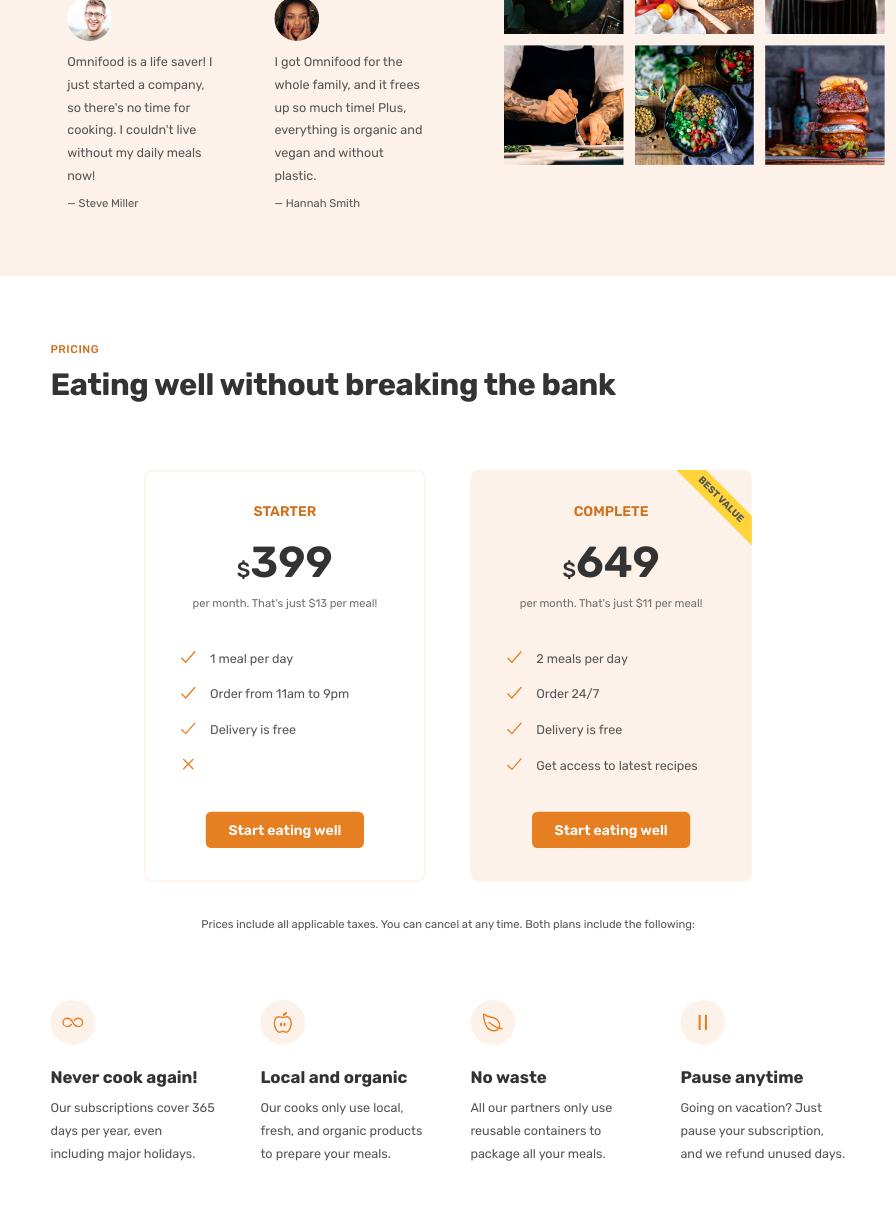
Repository: TranPhucThinh/Omnifood
Page: index.html
These files come from the project's save history. The page is drawn as it stood at one moment and after the next save; the edit follows.
The browser window is 1280 px wide. The pictures show the part of the page from y = 4251 to 6171 px (the page is 6011 px tall before and 6171 px after), at 70% of full size.

Above is the page before, as saved 2022-08-06 23:47:52.

### index.html
<!DOCTYPE html>
<html lang="en">

<head>
    <meta charset="UTF-8">
    <meta http-equiv="X-UA-Compatible" content="IE=edge">
    <meta name="viewport" content="width=device-width, initial-scale=1.0">

    <link rel="preconnect" href="https://fonts.googleapis.com">
    <link rel="preconnect" href="https://fonts.gstatic.com" crossorigin>
    <link href="https://fonts.googleapis.com/css2?family=Rubik:wght@300;400;500;600;700;800;900&display=swap"
        rel="stylesheet">

    <link rel="stylesheet" href="./assets/styles/general.css">
    <link rel="stylesheet" href="./assets/styles/style.css">

    <title>Omnifood</title>
</head>

<body>
    <!-- SECTION HEADER -->
    <div class="header">
        <a href="#">
            <img src="./assets/imgs/omnifood-logo.png" alt="Omnifood logo" class="header-logo">
        </a>
        <nav class="main-nav">
            <ul class="main-nav-list">
                <li>
                    <a href="#" class="main-nav-link">How it works</a>
                </li>
                <li>
                    <a href="#" class="main-nav-link">Meals</a>
                </li>
                <li>
                    <a href="#" class="main-nav-link">Testimonials</a>
                </li>
                <li>
                    <a href="#" class="main-nav-link">Pricing</a>
                </li>
                <li>
                    <a href="#" class="main-nav-link nav-btn">Try for free</a>
                </li>
            </ul>
        </nav>
    </div>
    <!-- End of SECTION HEADER -->

    <!-- SECTION HERO -->
    <section class="section-hero">
        <div class="hero">
            <div class="hero-text-box">
                <h1 class="heading-primary">A healthy meal delivered to your door, every single day</h1>
                <p class="hero-desc margin-bottom-md">The smart 365-days-per-year food subscription that will make you
                    eat healthy again.
                    Tailored to your personal tastes and nutritional needs.</p>
                <a href="#" class="btn btn--full margin-right-sm">Start eating well</a>
                <a href="#" class="btn btn--outline">Learn more ⬇</a>
                <div class="delivered-meals">
                    <div class="delivered-imgs">
                        <img src="./assets/imgs/customers/customer-1.jpg" alt="customer 1">
                        <img src="./assets/imgs/customers/customer-2.jpg" alt="customer 2">
                        <img src="./assets/imgs/customers/customer-3.jpg" alt="customer 3">
                        <img src="./assets/imgs/customers/customer-4.jpg" alt="customer 4">
                        <img src="./assets/imgs/customers/customer-5.jpg" alt="customer 5">
                        <img src="./assets/imgs/customers/customer-6.jpg" alt="customer 6">
                    </div>
                    <p class="delivered-text">
                        <span>250,000+</span> meals delivered last year!
                    </p>
                </div>
            </div>
            <div class="hero-img-box">
                <img src="./assets/imgs/hero.png"
                    alt="woman enjoy food, meals in storage container, and food bowls on a table" class="hero-img">
            </div>
        </div>
    </section>
    <!-- End of SECTION HERO -->

    <!-- SECTION FEATURED -->
    <section class="section-featured">
        <div class="container">
            <h2 class="heading-feature-in">As featured in</h2>
            <div class="logos">
                <img src="./assets/imgs/logos/techcrunch.png" alt="Techcrunch logo">
                <img src="./assets/imgs/logos/business-insider.png" alt="business insider logo">
                <img src="./assets/imgs/logos/the-new-york-times.png" alt="The new york time logo">
                <img src="./assets/imgs/logos/forbes.png" alt="Forbes logo">
                <img src="./assets/imgs/logos/usa-today.png" alt="Usa today logo">
            </div>
        </div>
    </section>
    <!-- End of SECTION FEATURED -->

    <!-- SECTION HOW IT WORKS -->
    <section class="section-how">
        <div class="container">
            <p class="subheading">HOW IT WORKS</p>
            <h2 class="heading-secondary">Your daily dose of health in 3 simple steps</h2>
        </div>
        <div class="container grid grid--2-cols grid--center-vertical">
            <!-- STEP 1 -->
            <div class="step-text-box">
                <div class="step-number">01</div>
                <h3 class="heading-tertiary">Tell us what you like (and what not)</h3>
                <p class="step-desc">Never again waste time thinking about what to eat! Omnifood AI will create a 100%
                    personalized weekly meal plan just for you. It makes sure you get all the nutrients and vitamins you
                    need, no matter what diet you follow!</p>
            </div>
            <div class="step-img-box">
                <img src="./assets/imgs/app/app-screen-1.png" alt="iPhone app preferences selection screen"
                    class="step-img">
            </div>

            <!-- STEP 2 -->
            <div class="step-img-box">
                <img src="./assets/imgs/app/app-screen-2.png" alt="iPhone app
                meal approving plan screen" class="step-img">
            </div>
            <div class="step-text-box">
                <div class="step-number">02</div>
                <h3 class="heading-tertiary">Approve your weekly meal plan</h3>
                <p class="step-desc">Once per week, approve the meal plan generated for you by Omnifood AI. You can
                    change ingredients, swap entire meals, or even add your own recipes.</p>
            </div>

            <!-- STEP 3 -->
            <div class="step-text-box">
                <div class="step-number">03</div>
                <h3 class="heading-tertiary">Receive meals at convenient time</h3>
                <p class="step-desc">Best chefs in town will cook your selected meal every day, and we will deliver it
                    to your door whenever works best for you. You can change delivery schedule and address daily!</p>
            </div>
            <div class="step-img-box">
                <img src="./assets/imgs/app/app-screen-3.png" alt="iPhone app
                delivery screen" class="step-img">
            </div>
        </div>
    </section>
    <!-- End of SECTION HOW IT WORKS -->

    <!-- SECTION MEALS -->
    <section class="section-meals">
        <div class="container center-text">
            <p class="subheading">Meals</p>
            <h2 class="heading-secondary">Omnifood AI chooses from 5,000+ recipes</h2>
        </div>
        <div class="container grid grid--3-cols margin-bottom-md">
            <div class="meal">
                <img src="./assets/imgs/meals/meal-1.jpg" alt="Japanese Gyozas" class="meal-img">
                <div class="meal-content">
                    <div class="meal-tag">
                        <p class="tag tag--vegetarian">vegetarian</p>
                    </div>
                    <p class="meal-title">Japanese Gyozas</p>
                    <ul class="meal-attributes">
                        <li class="meal-attribute">
                            <ion-icon class="meal-icon" name="flame-outline"></ion-icon>
                            <span><strong>650</strong> calories</span>
                        </li>
                        <li class="meal-attribute">
                            <ion-icon class="meal-icon" name="restaurant-outline"></ion-icon>
                            <span>NutriScore ® <strong>74</strong></span>
                        </li>
                        <li class="meal-attribute">
                            <ion-icon class="meal-icon" name="star-outline"></ion-icon>
                            <span><strong>4.9</strong> rating (537)</span>
                        </li>
                    </ul>
                </div>
            </div>
            <div class="meal">
                <img src="./assets/imgs/meals/meal-2.jpg" alt="Avocado Salad" class="meal-img">
                <div class="meal-content">
                    <div class="meal-tag">
                        <p class="tag tag--vegan">vegan</p>
                        <p class="tag tag---paleo">paleo</p>
                    </div>
                    <p class="meal-title">Avocado Salad</p>
                    <ul class="meal-attributes">
                        <li class="meal-attribute">
                            <ion-icon class="meal-icon" name="flame-outline"></ion-icon>
                            <span><strong>400</strong> calories</span>
                        </li>
                        <li class="meal-attribute">
                            <ion-icon class="meal-icon" name="restaurant-outline"></ion-icon>
                            <span>NutriScore ® <strong>92</strong></span>
                        </li>
                        <li class="meal-attribute">
                            <ion-icon class="meal-icon" name="star-outline"></ion-icon>
                            <span><strong>4.8</strong> rating (441)</span>
                        </li>
                    </ul>
                </div>
            </div>
            <div class="diet">
                <h3 class="heading-tertiary">Works with any diet:</h3>
                <ul class="list">
                    <li class="list-item">
                        <ion-icon class="list-icon" name="checkmark-outline"></ion-icon>
                        <span>Vegetarian</span>
                    </li>
                    <li class="list-item">
                        <ion-icon class="list-icon" name="checkmark-outline"></ion-icon>
                        <span>Vegan</span>
                    </li>
                    <li class="list-item">
                        <ion-icon class="list-icon" name="checkmark-outline"></ion-icon>
                        <span>Pescatarian</span>
                    </li>
                    <li class="list-item">
                        <ion-icon class="list-icon" name="checkmark-outline"></ion-icon>
                        <span>Gluten-free</span>
                    </li>
                    <li class="list-item">
                        <ion-icon class="list-icon" name="checkmark-outline"></ion-icon>
                        <span>Lactose-free</span>
                    </li>
                    <li class="list-item">
                        <ion-icon class="list-icon" name="checkmark-outline"></ion-icon>
                        <span>Keto</span>
                    </li>
                    <li class="list-item">
                        <ion-icon class="list-icon" name="checkmark-outline"></ion-icon>
                        <span>Paleo</span>
                    </li>
                    <li class="list-item">
                        <ion-icon class="list-icon" name="checkmark-outline"></ion-icon>
                        <span>Low FODMAP</span>
                    </li>
                    <li class="list-item">
                        <ion-icon class="list-icon" name="checkmark-outline"></ion-icon>
                        <span>Kid-friendly</span>
                    </li>
                </ul>
            </div>
        </div>
        <div class="container all-recipes center-text">
            <a href="#" class="link">See all recipes ➡</a>
        </div>
    </section>
    <!-- End of SECTION MEALS -->

    <!-- SECTION TESTIMONIALS -->
    <section class="section-testimonials">
        <div class="testimonials-container">
            <div class="subheading">testimonials</div>
            <h2 class="heading-secondary">Once you try it, you can't go back</h2>
            <div class="testimonials">
                <div class="testimonial">
                    <img src="./assets/imgs/customers/dave.jpg" alt="Photo of customer Dave Bryson"
                        class="testimonial-img">
                    <blockquote class="testimonial-text">Inexpensive, healthy and great-tasting meals, without even
                        having to order manually! It feels truly magical.</blockquote>
                    <p class="testimonial-name">— Dave Bryson</p>
                </div>
                <div class="testimonial">
                    <img src="./assets/imgs/customers/ben.jpg" alt="Photo of customer Ben Hadley"
                        class="testimonial-img">
                    <blockquote class="testimonial-text">The AI algorithm is crazy good, it chooses the right meals for
                        me every time. It's amazing not to worry about food anymore!</blockquote>
                    <p class="testimonial-name">— Ben Hadley</p>
                </div>
                <div class="testimonial">
                    <img src="./assets/imgs/customers/steve.jpg" alt="Photo of customer Steve Miller"
                        class="testimonial-img">
                    <blockquote class="testimonial-text">Omnifood is a life saver! I just started a company, so there's
                        no time for cooking. I couldn't live without my daily meals now!</blockquote>
                    <p class="testimonial-name">— Steve Miller</p>
                </div>
                <div class="testimonial">
                    <img src="./assets/imgs/customers/hannah.jpg" alt="Photo of customer Hannah Smith"
                        class="testimonial-img">
                    <blockquote class="testimonial-text">I got Omnifood for the whole family, and it frees up so much
                        time! Plus, everything is organic and vegan and without plastic.</blockquote>
                    <p class="testimonial-name">— Hannah Smith</p>
                </div>
            </div>
        </div>
        <div class="gallery">
            <div class="gallery-item">
                <img src="./assets/imgs/gallery/gallery-1.jpg" alt="Photo of beautifully arranged food">
            </div>
            <div class="gallery-item">
                <img src="./assets/imgs/gallery/gallery-2.jpg" alt="Photo of beautifully arranged food">
            </div>
            <div class="gallery-item">
                <img src="./assets/imgs/gallery/gallery-3.jpg" alt="Photo of beautifully arranged food">
            </div>
            <div class="gallery-item">
                <img src="./assets/imgs/gallery/gallery-4.jpg" alt="Photo of beautifully arranged food">
            </div>
            <div class="gallery-item">
                <img src="./assets/imgs/gallery/gallery-5.jpg" alt="Photo of beautifully arranged food">
            </div>
            <div class="gallery-item">
                <img src="./assets/imgs/gallery/gallery-6.jpg" alt="Photo of beautifully arranged food">
            </div>
            <div class="gallery-item">
                <img src="./assets/imgs/gallery/gallery-7.jpg" alt="Photo of beautifully arranged food">
            </div>
            <div class="gallery-item">
                <img src="./assets/imgs/gallery/gallery-8.jpg" alt="Photo of beautifully arranged food">
            </div>
            <div class="gallery-item">
                <img src="./assets/imgs/gallery/gallery-9.jpg" alt="Photo of beautifully arranged food">
            </div>
            <div class="gallery-item">
                <img src="./assets/imgs/gallery/gallery-10.jpg" alt="Photo of beautifully arranged food">
            </div>
            <div class="gallery-item">
                <img src="./assets/imgs/gallery/gallery-11.jpg" alt="Photo of beautifully arranged food">
            </div>
            <div class="gallery-item">
                <img src="./assets/imgs/gallery/gallery-12.jpg" alt="Photo of beautifully arranged food">
            </div>
        </div>
    </section>
    <!-- End of SECTION TESTIMONIALS -->

    <!-- SECTION PRICING -->
    <section class="section-pricing">
        <div class="container">
            <p class="subheading">pricing</p>
            <h2 class="heading-secondary">Eating well without breaking the bank</h2>
        </div>
        <div class="container grid grid--2-cols margin-bottom-md">
            <div class="pricing-plan pricing-plan--starter">
                <header class="plan-header">
                    <div class="plan-name">starter</div>
                    <p class="plan-pricing"><span>$</span>399</p>
                    <p class="plan-text">per month. That's just $13 per meal!</p>
                </header>
                <ul class="list-benefits">
                    <li class="benefit">
                        <span class="benefit-icon">
                            <ion-icon name="checkmark-outline"></ion-icon>
                        </span>
                        1 meal per day
                    </li>
                    <li class="benefit">
                        <span class="benefit-icon">
                            <ion-icon name="checkmark-outline"></ion-icon>
                        </span>
                        Order from 11am to 9pm
                    </li>
                    <li class="benefit">
                        <span class="benefit-icon">
                            <ion-icon name="checkmark-outline"></ion-icon>
                        </span>
                        Delivery is free
                    </li>
                    <li class="benefit">
                        <span class="benefit-icon">
                            <ion-icon name="close-outline"></ion-icon>
                        </span>
                    </li>
                </ul>
                <div class="plan-sign-up">
                    <a href="#" class="btn btn--full">Start eating well</a>
                </div>
            </div>
            <div class="pricing-plan pricing-plan--complete">
                <header class="plan-header">
                    <div class="plan-name">complete</div>
                    <p class="plan-pricing"><span>$</span>649</p>
                    <p class="plan-text">per month. That's just $11 per meal!</p>
                </header>
                <ul class="list-benefits">
                    <li class="benefit">
                        <span class="benefit-icon">
                            <ion-icon name="checkmark-outline"></ion-icon>
                        </span>
                        2 meals per day
                    </li>
                    <li class="benefit">
                        <span class="benefit-icon">
                            <ion-icon name="checkmark-outline"></ion-icon>
                        </span>
                        Order 24/7
                    </li>
                    <li class="benefit">
                        <span class="benefit-icon">
                            <ion-icon name="checkmark-outline"></ion-icon>
                        </span>
                        Delivery is free
                    </li>
                    <li class="benefit">
                        <span class="benefit-icon">
                            <ion-icon name="checkmark-outline"></ion-icon>
                        </span>
                        Get access to latest recipes
                    </li>
                </ul>
                <div class="plan-sign-up">
                    <a href="#" class="btn btn--full">Start eating well</a>
                </div>
            </div>
        </div>
        <div class="container grid center-text">
            <p class="plan-detail">Prices include all applicable taxes. You can cancel at any time. Both plans include
                the following:
            </p>
        </div>
        <div class="container grid grid--4-cols">
            <div class="feature">
                <ion-icon class="feature-icon" name="infinite-outline"></ion-icon>
                <p class="feature-title">Never cook again!</p>
                <p class="feature-desc">Our subscriptions cover 365 days per year, even including major holidays.</p>
            </div>
            <div class="feature">
                <ion-icon class="feature-icon" name="nutrition-outline"></ion-icon>
                <p class="feature-title">Local and organic</p>
                <p class="feature-desc">Our cooks only use local, fresh, and organic products to prepare your meals.</p>
            </div>
            <div class="feature">
                <ion-icon class="feature-icon" name="leaf-outline"></ion-icon>
                <p class="feature-title">No waste</p>
                <p class="feature-desc">All our partners only use reusable containers to package all your meals.</p>
            </div>
            <div class="feature">
                <ion-icon class="feature-icon" name="pause-outline"></ion-icon>
                <p class="feature-title">Pause anytime</p>
                <p class="feature-desc">Going on vacation? Just pause your subscription, and we refund unused days.</p>
            </div>
        </div>
    </section>
    <!-- End of SECTION PRICING -->

    <!-- SECTION CALL-TO-ACTION -->
    <section class="section-cta">
        <div class="container">
            <div class="cta">

            </div>
        </div>
    </section>
    <!-- End of SECTION CALL-TO-ACTION -->

    <script type="module" src="https://unpkg.com/ionicons@5.5.2/dist/ionicons/ionicons.esm.js"></script>
    <script nomodule src="https://unpkg.com/ionicons@5.5.2/dist/ionicons/ionicons.js"></script>
</body>

</html>

### assets/styles/general.css
* {
  margin: 0;
  padding: 0;
  box-sizing: border-box;
}

html {
  font-size: 62.5%;
}

body {
  font-family: 'Rubik', sans-serif;
  line-height: 1;
  font-weight: 400;
  color: #555;
}

/* GENERAL REUSABLE COMPONENTS */
.container {
  max-width: 120rem;
  padding: 0 3.2rem;
  margin: 0 auto;
}

.grid {
  display: grid;
  row-gap: 9.6rem;
  column-gap: 6.4rem;
}

.grid--2-cols {
  grid-template-columns: repeat(2, 1fr);
}

.grid--3-cols {
  grid-template-columns: repeat(3, 1fr);
}

.grid--4-cols {
  grid-template-columns: repeat(4, 1fr);
}

.grid--center-vertical {
  align-items: center;
}

.heading-primary,
.heading-secondary,
.heading-tertiary {
  letter-spacing: -0.5px;
  color: #333;
  font-weight: 700;
}

.heading-primary {
  line-height: 1.05;
  font-size: 5.2rem;
  margin-bottom: 3.2rem;
}

.heading-secondary {
  font-size: 4.4rem;
  line-height: 1.2;
  margin-bottom: 9.6rem;
}

.heading-tertiary {
  font-size: 3rem;
  line-height: 1.2;
  margin-bottom: 3.2rem;
}

.subheading {
  font-size: 1.6rem;
  color: #cf711f;
  margin-bottom: 1.6rem;
  font-weight: 500;
  letter-spacing: 0.75px;
  text-transform: uppercase;
}

.btn:link,
.btn:visited {
  text-decoration: none;
  font-size: 2rem;
  font-weight: 600;
  display: inline-block;
  border-radius: 8px;
  padding: 1.6rem 3.2rem;
  transition: all 0.3s;
}

.btn--full:link,
.btn--full:visited {
  color: #fff;
  background-color: #e67e22;
}

.btn--full:hover,
.btn--full:active {
  background-color: #cf711f;
}

.btn--outline:link,
.btn--outline:visited {
  color: #555;
  background-color: #fff;
  border: -4px solid #fff;
}

.btn--outline:hover,
.btn--outline:active {
  background-color: #fdf2e9;
}

.step-img-box::before,
.step-img-box::after {
  content: '';
  display: block;
  position: absolute;
  top: 50%;
  left: 50%;
  transform: translate(-50%, -50%);
  border-radius: 50%;
}

.center-text {
  text-align: center;
}

.margin-right-sm {
  margin-right: 1.6rem !important;
}

.margin-bottom-md {
  margin-bottom: 4.8rem !important;
}
/* END of GENERAL REUSABLE COMPONENTS */

Loaded but not shown: assets/styles/style.css (475 lines, source omitted)

After the next save:
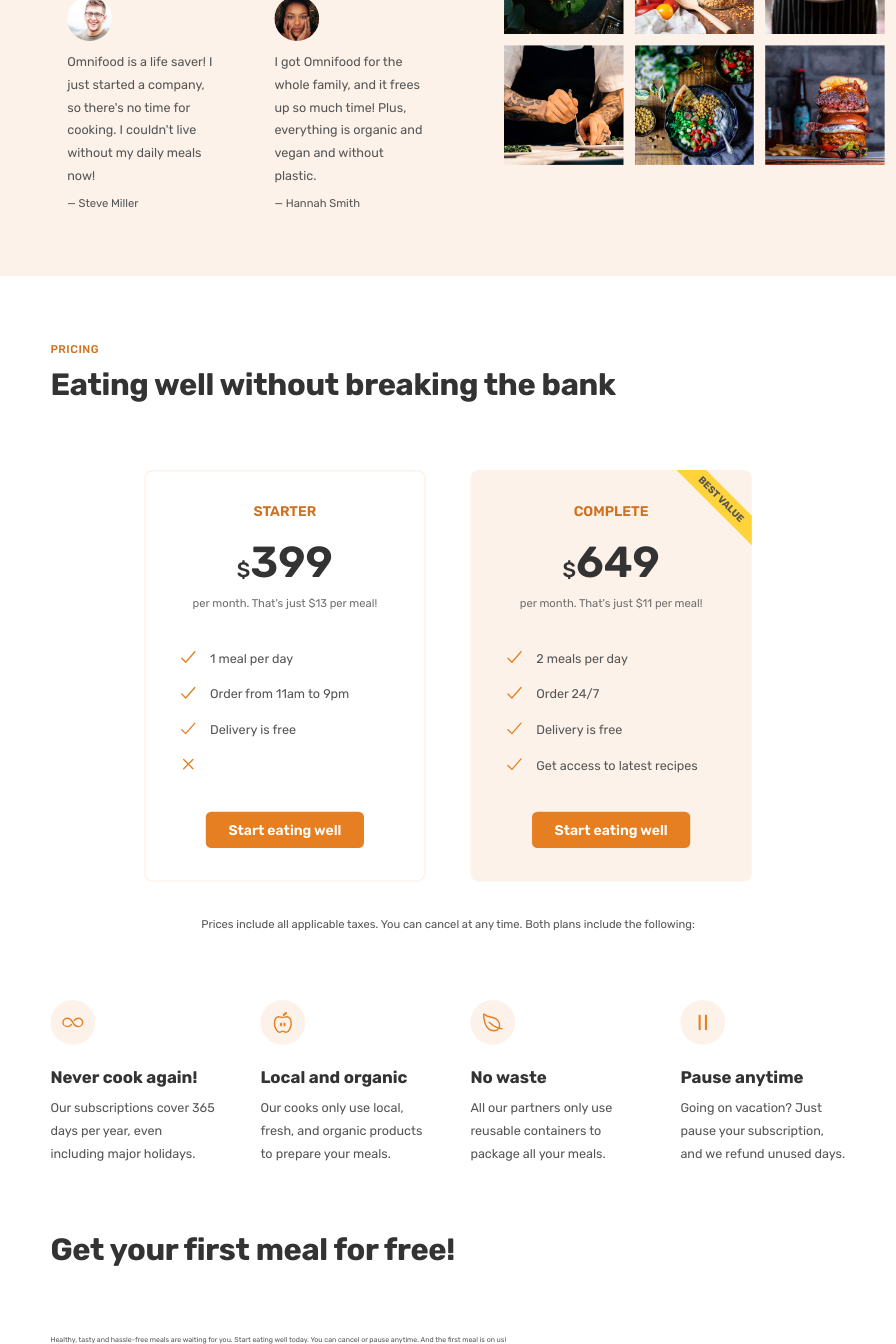
Saved 58 s later.
--- a/index.html
+++ b/index.html
@@ -431,7 +431,12 @@
     <section class="section-cta">
         <div class="container">
             <div class="cta">
-
+                <div class="cta-text-box">
+                    <h2 class="heading-secondary">Get your first meal for free!</h2>
+                    <div class="cta-text">Healthy, tasty and hassle-free meals are waiting for you. Start eating well
+                        today. You can cancel or pause anytime. And the first meal is on us!</div>
+                </div>
+                <div class="cta-img-box"></div>
             </div>
         </div>
     </section>
